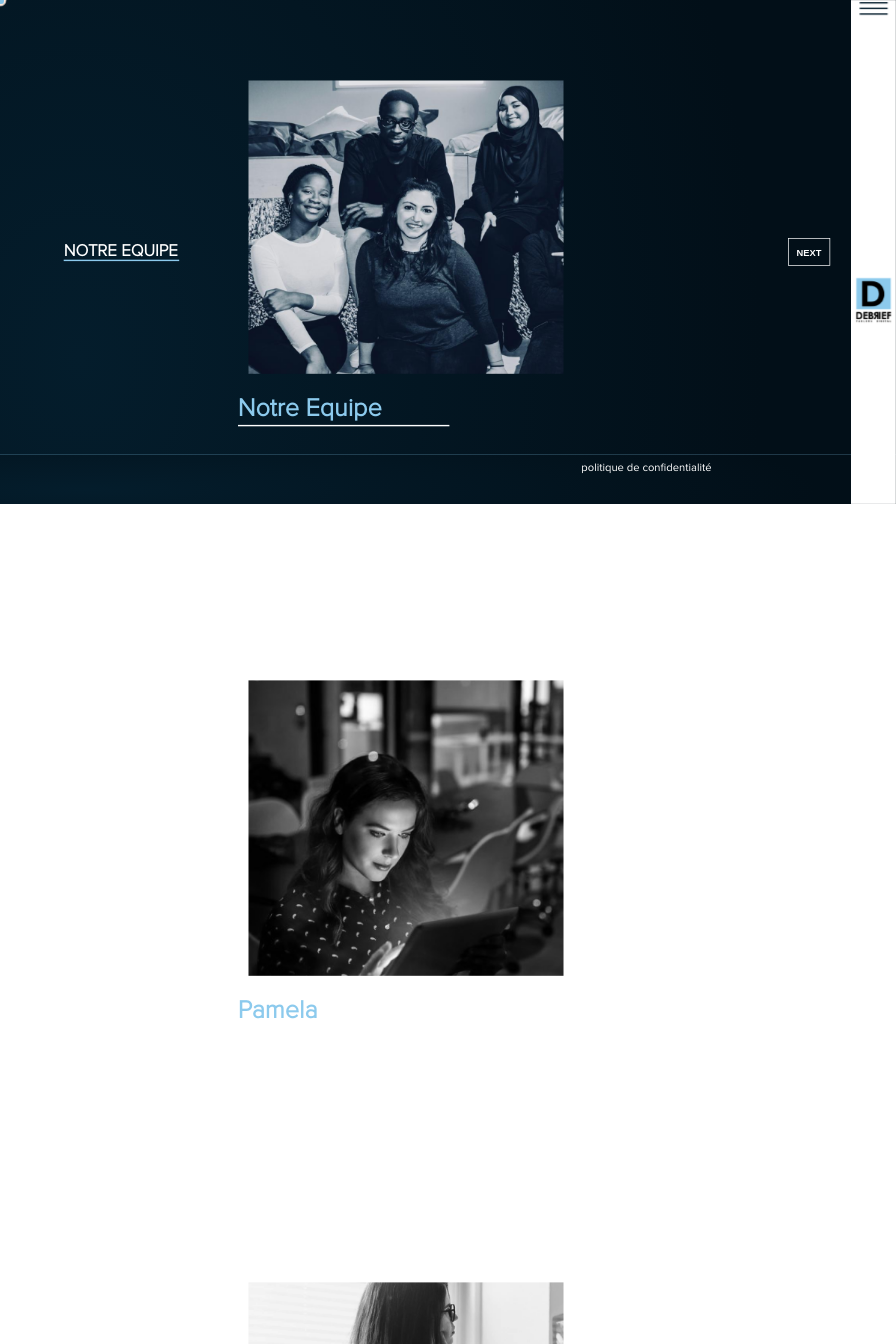
Repository: keloriane/debriefs
Page: /debriefs/a-propos
These files come from the project's save history. The page is drawn as it stood at one moment and after the next save; the edit follows.
The browser window is 1280 px wide. The pictures show the part of the page from y = 0 to 1920 px (the page is 2686 px tall before and 2751 px after), at 70% of full size.
The project was rebuilt for these pictures with package versions that can differ from the ones it lists, and the page was loaded fresh each time. Also part of the build but not shown: src/components/Title/Title.jsx, src/components/page/Contact/Contact.jsx, src/components/Nav/Nav.jsx, src/components/page/Home/Home.jsx, src/components/page/Service/Services.jsx, src/components/page/Service/ServiceDetails.jsx, src/components/page/Webinaire/Webinaires.jsx, src/components/page/Techspace/Techspace.jsx and 7 more. Imported but missing from the stored project, and not drawn on this page: src/assets/video/video.mp4.

Above is the page before, as saved 2020-07-28 12:51:47.

After the next save:
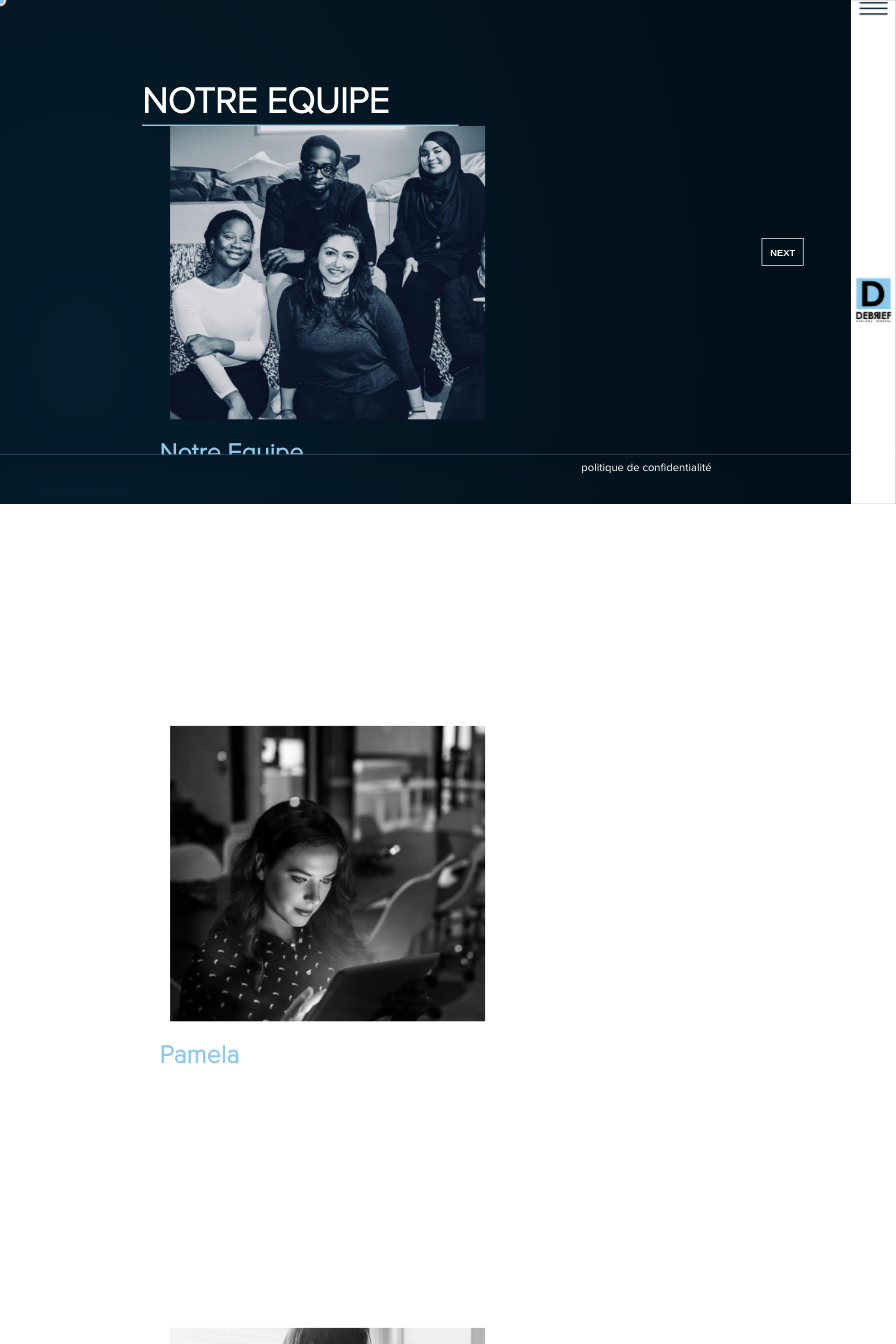
Saved 14 s later.
--- a/src/components/page/Main/Main.jsx
+++ b/src/components/page/Main/Main.jsx
@@ -35,11 +35,11 @@
             <div className="logo-content-about">
                 <HomeB />
             </div>
+            <div className="about-media-content">
                 <div className="title-content">
                     <h2>NOTRE EQUIPE</h2>
                     <div className="underline"></div>
                 </div>
-            <div className="about-media-content">
                 {  teams.map((team) => (
                     <>
                 <div className="image-container">
